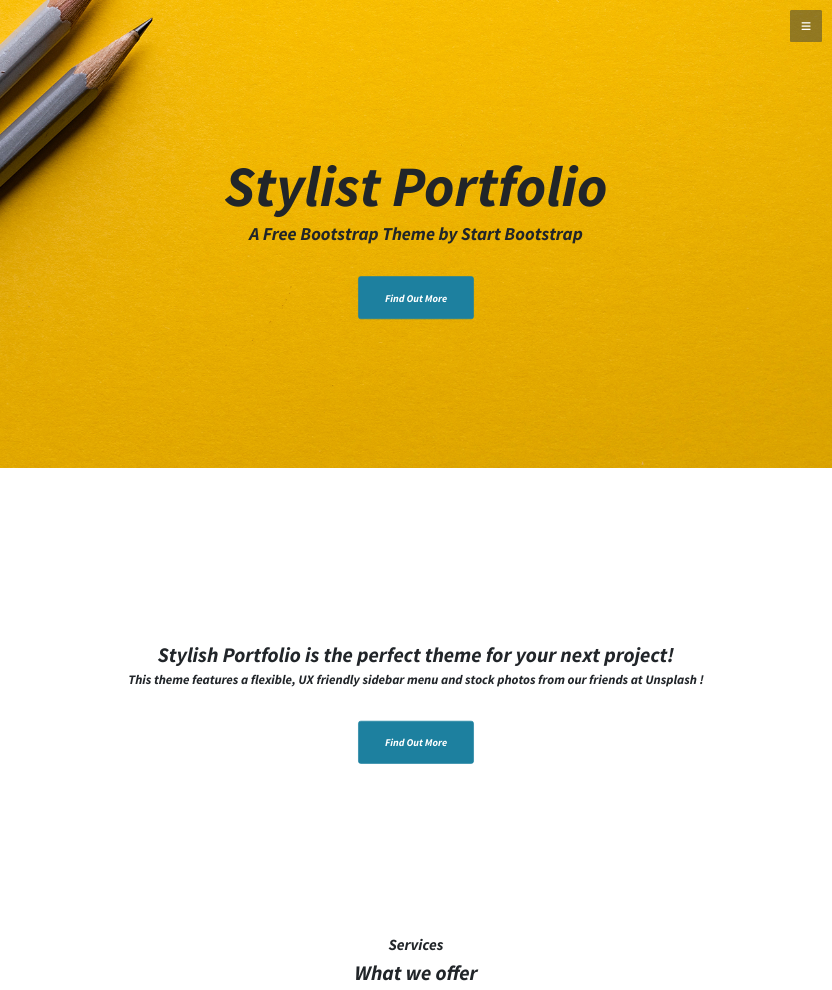
Repository: hoangpino/VE_FE_FrameWork_005
Page: lab06/index.html
The author's editor kept a copy of each file at every save. The page is drawn from the files as they stood at one save, then again after the next save.
The browser window is 1280 px wide. The pictures show the whole page, at 65% of full size.

Above is the page before, as saved 2021-10-02 20:17:53.

### lab06/index.html
<!DOCTYPE html>
<html lang="en">

<head>
    <meta charset="UTF-8">
    <meta http-equiv="X-UA-Compatible" content="IE=edge">
    <meta name="viewport" content="width=device-width, initial-scale=1.0">
    <title>Portfolio</title>
    <link rel="stylesheet" href="./css/style.css" type="text/css" />
    <link rel="icon" href="./img/schools.png" />
    <link href="https://cdn.jsdelivr.net/npm/bootstrap@5.1.1/dist/css/bootstrap.min.css"
        rel="stylesheet"
        integrity="sha384-F3w7mX95PdgyTmZZMECAngseQB83DfGTowi0iMjiWaeVhAn4FJkqJByhZMI3AhiU"
        crossorigin="anonymous" />
    <link rel="stylesheet"
        href="https://cdnjs.cloudflare.com/ajax/libs/font-awesome/6.0.0-beta2/css/all.min.css" />
    <link rel="preconnect" href="https://fonts.googleapis.com">
    <link rel="preconnect" href="https://fonts.gstatic.com" crossorigin>
    <link
        href="https://fonts.googleapis.com/css2?family=Source+Sans+Pro:ital,wght@1,700&display=swap"
        rel="stylesheet" />
</head>

<body>
    <a href="" class="menu-toggle rounded" hef="#" data-bs-toggle="offcanvas"
        data-bs-target="#offcanvas-right" aria-controls="offcanvas-right">
        <i class="fas fa-bars"></i>
    </a>
    <div class="offcanvas offcanvas-end" tabindex="-1" aria-labelledby="offcanvas-right-lable"
        id="offcanvas-right">
        <div class="offcanvas-header">
            <h5 id="offcanvas-right-label">Start Bootstrap</h5>
            <button type="button" class="btn-close btn-close-white text-reset"
                data-bs-dismiss="offcanvas" aria-label="Close"></button>
        </div>
        <div class="offcanvas-body">
            <ul class="sidebar-nav">
                <li class="sidebar-nav-item"><a href="#home">Home</a></li>
                <li class="sidebar-nav-item"><a href="#about">About</a></li>
                <li class="sidebar-nav-item"><a href="#services">Services</a></li>
                <li class="sidebar-nav-item"><a href="#">Portfolio</a></li>
                <li class="sidebar-nav-item"><a href="#">Contacts</a></li>
            </ul>
        </div>
    </div>

    <!-- Header -->
    <header class="d-flex align-items-center" id="home">
        <div class="container text-center">
            <h1 class="m-1">Stylist Portfolio</h1>
            <h3 class="mb-5">A Free Bootstrap Theme by Start Bootstrap </h3>
            <a href="" class="btn btn-primary btn-xl">Find Out More</a>
        </div>
    </header>

    <!-- About -->
    <section class="d-flex align-items-center" id="about">
        <div class="container text-center">
            <h2 class="m-1">Stylish Portfolio is the perfect theme for your next project!</h2>
            <p class="mb-5">This theme features a flexible, UX friendly sidebar menu and stock
                photos from our friends at Unsplash !</p>
            <a href="" class="btn btn-primary btn-xl">Find Out More</a>
        </div>
    </section>

    <!-- Services -->
    <section class="d-flex align-items-center" id="services">
        <div class="container text-center">
            <div class="section-header">
                <h4>Services</h4>
                <h2>What we offer</h2>
            </div>
        </div>
    </section>

    <script src="https://cdn.jsdelivr.net/npm/bootstrap@5.1.1/dist/js/bootstrap.bundle.min.js"
        integrity="sha384-/bQdsTh/da6pkI1MST/rWKFNjaCP5gBSY4sEBT38Q/9RBh9AH40zEOg7Hlq2THRZ"
        crossorigin="anonymous"></script>
</body>

</html>

### lab06/css/style.css
:root {
    --color-green: #1d809f;
    --color-green-dark:rgb(15, 64, 78);
    --color-dark:#343a40;
}

body {
    font-family: 'Source Sans Pro', sans-serif !important;
}

* {
    margin: 0;
    padding: 0;
}
.menu-toggle {
    position: fixed;
    width: 50px;
    height: 50px;
    color: #fff;
    background-color: rgba(52,58,64,0.5);
    text-align: center;
    line-height: 50px;
    right: 15px;
    top: 15px;
}

.menu-toggle:hover {
    background-color: var(--color-dark);
    color: #FFF;
}

.offcanvas {
    background-color: var(--color-green) !important;
    color: #fff;
    width: 250px;

}

.offcanvas ul {
    list-style: none;
    margin : 0;
    padding: 0;
}

.offcanvas a {
    color: #fff;
    display: block;
    padding: 15px;
    text-decoration: none;

}

.offcanvas a:hover {
    background-color: rgba(52, 58, 64, 0.2);
    color: #fff;
}

.offcanvas-body {
    padding: 0 !important;
    margin: 0;

}

.offcanvas-header {
    background-color: rgba(52, 58, 64, 0.1);
}

header {
    background: url(../img/img/bg-masthead.jpg);
    background-repeat: none;
    background-position: center center;
    min-height: 100vh;
}

h1 {
    font-weight: 700 !important;
    font-size: 5.5rem !important;
}

h2 {
    font-weight: 700 !important;
    font-style: 2.0rem !important;
}

h3 {
    font-weight: 700 !important;
    font-style: 1.75rem !important;
    font-style: italic;
}

p {
    font-weight: 300 !important;
    font-size: 1.25em;
}

.btn-primary {
    background-color: var(--color-green) !important;
    border-color: var(--color-green) !important;
}

.btn-primary:active, .btn-primary:hover {
    background-color: var(--color-green-dark) !important;
    border-color: var(--color-green-dark) !important;
}

.btn-xl {
    padding: 1.25em 2.5em !important;
}

#about {
    min-height: 100vh;
}

After the next save:
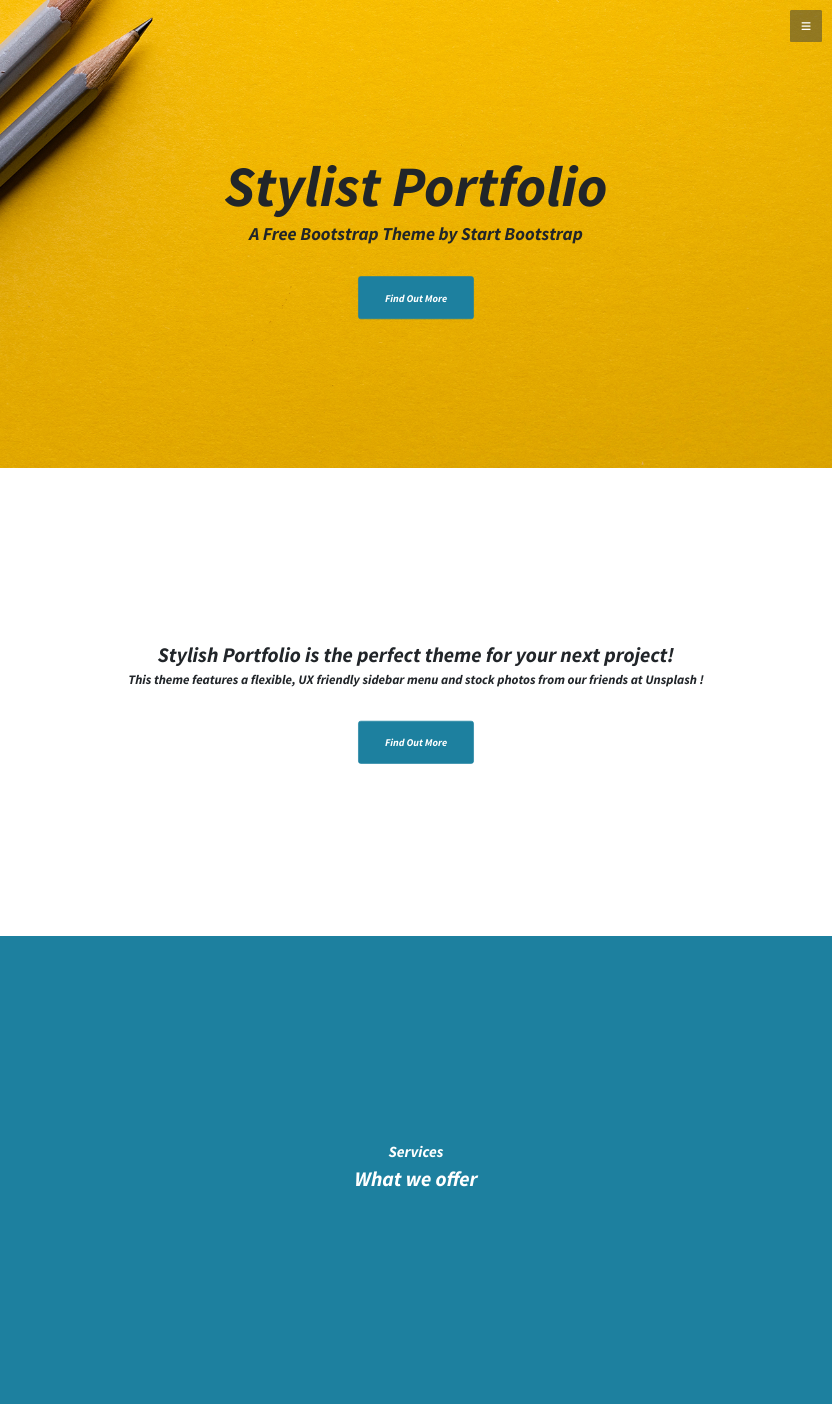
Saved 51 s later.
--- a/lab06/css/style.css
+++ b/lab06/css/style.css
@@ -110,3 +110,9 @@
 #about {
     min-height: 100vh;
 }
+
+#services {
+    min-height: 100vh;
+    background-color: var(--color-green);
+    color: #fff;
+}
